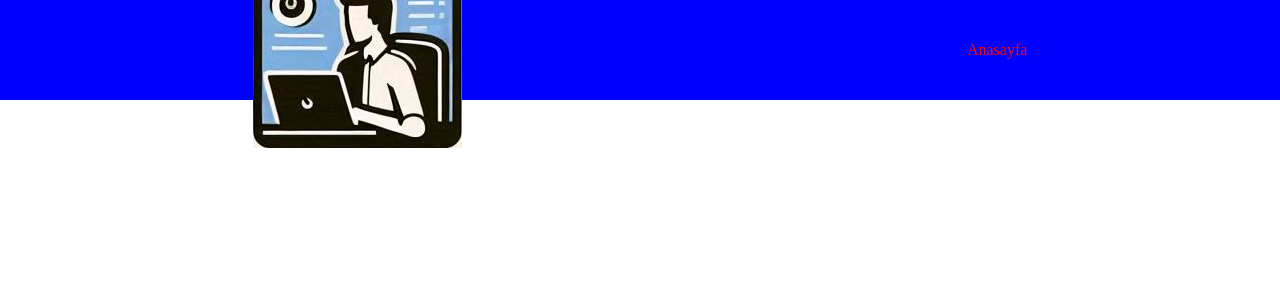
Repository: 0hasandemirtas/react-odev
Page: /
An editor plug-in stored every save of this project. The page is shown before and after the next save, followed by the edit.
The browser window is 1280 px wide. The pictures show the whole page.
The project was rebuilt for these pictures with package versions that can differ from the ones it lists, and the page was loaded fresh each time.

Above is the page before, as saved 2024-06-13 13:11:57.

After the next save:
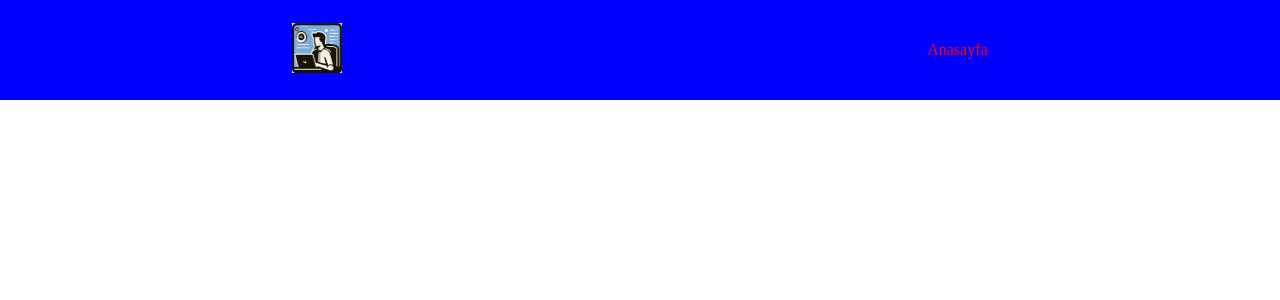
Saved 22 s later.
--- a/src/components/header/index.js
+++ b/src/components/header/index.js
@@ -7,7 +7,7 @@ const Header = ()=>{
   return (
     <div className={classes.container}>
       <div>
-          <img src={logo2} alt="Logo"/>
+          <img  className={classes.logo} src={logo2} alt="Logo"/>
       </div>
       <div><a>Anasayfa</a></div>
 
